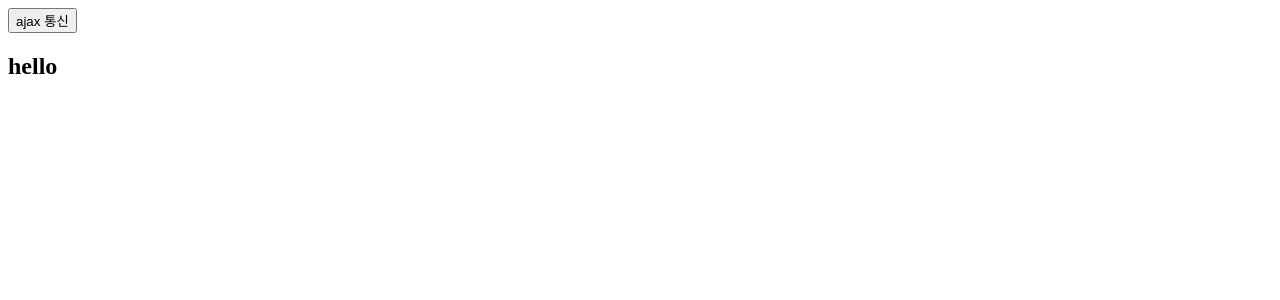
Repository: yuchulPark/day0320
Page: http://localhost/goodsTest2/ex1.jsp
These files come from the project's save history. The page is drawn as it stood at one moment and after the next save; the edit follows.
The browser window is 1280 px wide. The pictures show the whole page.
After loading, the first visible `#btn` was clicked once.
The page is served by Tomcat 9. Other server files are loaded and not shown.

Above is the page before, as saved 2020-03-16 12:53:15.

### goodsTest2/WebContent/ex1.jsp
<%@ page language="java" contentType="text/html; charset=UTF-8"
    pageEncoding="UTF-8"%>
<!DOCTYPE html>
<html>
<head>
	<script type="text/javascript">
		window.onload = function(){
			document.getElementById("btn").onclick = function(){
				var request = new XMLHttpRequest(); // request 객체 생성
				request.open("get", "hello.jsp", false) // 요청할 서버의 프로그램이름을 설정. false는 동기식. 응답이 올때까지 기다리겠습니다.
				request.send(); // 요청을 보냄
				var str = request.responseText
				;
				document.getElementById("msg").innerHTML = str;
			}
		}
	</script>
<meta charset="UTF-8">
<title>Insert title here</title>
</head>
<body>
	<button id="btn">ajax 통신</button>
	<h2 id="msg"></h2>
</body>
</html>

### goodsTest2/WebContent/hello.jsp
<%@ page language="java" contentType="text/plaine; charset=UTF-8" pageEncoding="UTF-8"%>
<!-- html로 응답하는게 아니라 text로 응답하니 text/plaine으로 설정 (글자로 응답하겠다는 뜻) -->

hello

After the next save:
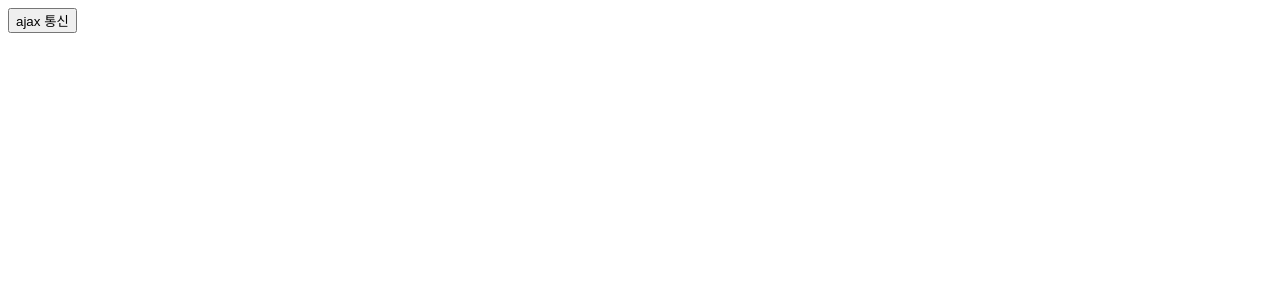
Console error: TypeError: request.responseText is not a function
Saved 87 s later.
--- a/goodsTest2/WebContent/ex1.jsp
+++ b/goodsTest2/WebContent/ex1.jsp
@@ -9,8 +9,7 @@
 				var request = new XMLHttpRequest(); // request 객체 생성
 				request.open("get", "hello.jsp", false) // 요청할 서버의 프로그램이름을 설정. false는 동기식. 응답이 올때까지 기다리겠습니다.
 				request.send(); // 요청을 보냄
-				var str = request.responseText
-				;
+				var str = request.responseText();
 				document.getElementById("msg").innerHTML = str;
 			}
 		}
--- a/goodsTest2/WebContent/hello.jsp
+++ b/goodsTest2/WebContent/hello.jsp
@@ -1,4 +1,10 @@
 <%@ page language="java" contentType="text/plaine; charset=UTF-8" pageEncoding="UTF-8"%>
 <!-- html로 응답하는게 아니라 text로 응답하니 text/plaine으로 설정 (글자로 응답하겠다는 뜻) -->
-
+<%
+	try{
+		Thread.sleep(3000);
+	}catch(Exception e){
+		e.printStackTrace();
+	}
+%>
 hello
